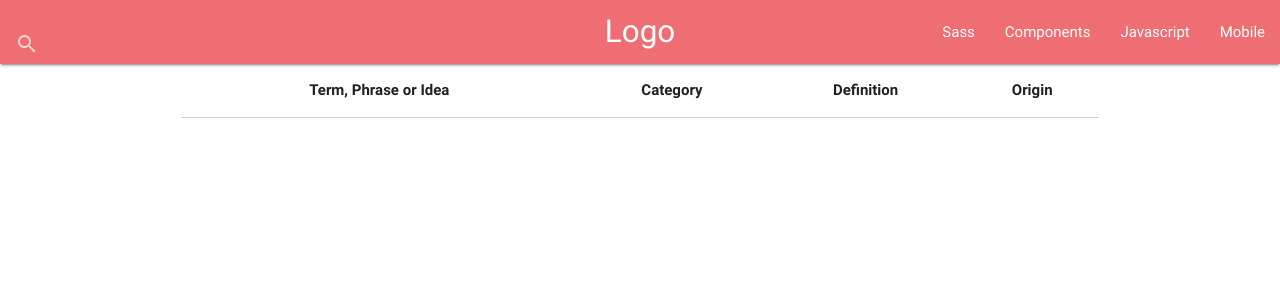
Repository: kalkiboru111/irish-dictionary-of-received-ideas
Page: http://localhost/get_categories
The author's editor kept a record of every edit. The page is drawn from the files as they stood at one moment, then again after the next edit.
The browser window is 1280 px wide. The pictures show the whole page.
Some web libraries are served in a nearby version. The page is served by the project's application, run on Flask 3 (app.py). Queries for data that is not in the repository find no rows.

Above is the page before.
Console error: TypeError: $(...).formSelect is not a function

### templates/categories.html

{% extends 'base.html' %}
{% block content %}

<div class="row">

    <table class="highlight centered responsive-table">
        <thead>
          <tr>
              <th>Term, Phrase or Idea</th>
              <th>Category</th>
              <th>Definition</th>
              <th>Origin</th>
          </tr>
        </thead>
        <tbody>
        {% for term in terms %}
          <tr>
            <td>{{term.term_name}}</td>
            <td>{{term.term_category}}</td>
            <td>{{term.term_definition}}</td>
            <td>{{term.term_origin}}</td>
            <td><a href="{{url_for('delete_term', term_id=term._id)}}" class="waves-effect waves-light btn btn_small">Passe</a></td>
            <td><a href="{{url_for('edit_term', term_id=term._id)}}" class="waves-effect waves-light btn btn-small">Refine</a></td>
          </tr>
         {% endfor %}
        </tbody>
    </table>
</div>
{% endblock %}

### templates/base.html
<!DOCTYPE html>
<html>

<head>
    <link href="https://fonts.googleapis.com/icon?family=Material+Icons" rel="stylesheet">
    <link rel="stylesheet" href="https://cdnjs.cloudflare.com/ajax/libs/materialize/0.100.2/css/materialize.min.css">
    <link rel="stylesheet" href="{{url_for('static', filename='css/style.css')}}" type="text/css" />
    <script src="https://kit.fontawesome.com/845efe5847.js"></script>
</head>

<body>
    <header>
        <nav>
            <div class="nav-wrapper">
                <ul>
                    <li><a href="{{url_for('get_terms')}}" class="brand-logo center">Logo</a></li>
                </ul>
                <form>
                    <div class="input-field">
                        <input id="search" type="search" required>
                        <label for="search"><i class="material-icons">search</i></label>
                        <i class="material-icons icon-close">close</i>
                    </div>
                </form>
                <ul id="main-menu" class="right">
                    <li><a href="sass.html">Sass</a></li>
                    <li><a href="badges.html">Components</a></li>
                    <li><a href="collapsible.html">Javascript</a></li>
                    <li><a href="mobile.html">Mobile</a></li>
                </ul>
            </div>
        </nav>

    </header>
    <div class="container">
        {% block content %} {% endblock %}
    </div>
    <script src="https://cdnjs.cloudflare.com/ajax/libs/jquery/3.2.1/jquery.min.js"></script>
    <script src="https://cdnjs.cloudflare.com/ajax/libs/materialize/0.100.2/js/materialize.min.js"></script>
    <script type="text/javascript">
        $(document).ready(function() {
            $('select').formSelect();
            $('.sidenav').sidenav();

        });
    </script>

</body>

</html>

### app.py
import os
from flask import Flask, render_template, redirect, request, url_for
from flask_pymongo import PyMongo
from bson.objectid import ObjectId

app = Flask(__name__)

app.config['MONGO_DBNAME'] = 'irish_dictionary'
app.config["MONGO_URI"] = os.getenv("MONGO_URI")

mongo = PyMongo(app)

@app.route('/')

# View directs user to terms page
@app.route('/get_terms')
def get_terms():
    return render_template("terms.html",
    terms=mongo.db.terms.find())

@app.route('/add_term')
def add_term():
    return render_template("add_term.html",
    categories=mongo.db.categories.find())

@app.route('/insert_term', methods=['POST'])
def insert_term():
    terms = mongo.db.terms
    terms.insert_one(request.form.to_dict())
    return redirect(url_for('get_terms'))

@app.route('/edit_term/<term_id>')
def edit_term(term_id):
    the_term =  mongo.db.terms.find_one({"_id": ObjectId(term_id)})
#    all_categories =  mongo.db.categories.find()
    all_categories = []

    print(mongo.db)
    return render_template('edit_term.html', term=the_term,
                           categories=all_categories)


@app.route('/update_term/<term_id>', methods=['POST'])
def update_term(term_id):
    terms = mongo.db.terms
    terms.update( {"_id": ObjectId(term_id)},
    {   'term_name':request.form.get('term_name'),
        'category_name':request.form.get('category_name'),
        'term_definition': request.form.get('term_definition'),
        'term_origin':request.form.get('term_origin')
    })
    return redirect(url_for('get_terms'))

@app.route('/delete_term/<term_id>')
def delete_term(term_id):
    mongo.db.terms.remove({"_id": ObjectId(term_id)})
    return redirect(url_for('get_terms'))

@app.route('/get_categories')
def get_categories():
    return render_template("categories.html",
    categories=mongo.db.categories.find())

if __name__ == '__main__':
    app.run(host=os.environ.get('IP'),
            port=int(os.environ.get('PORT')),
            debug=True)

### static/css/style.css
/* body {
    background-color: red;
} */



#main-menu {position:absolute; right:0; top : 0;}

.brand-logo {position:absolute; z-index: 9;}

After the next edit:
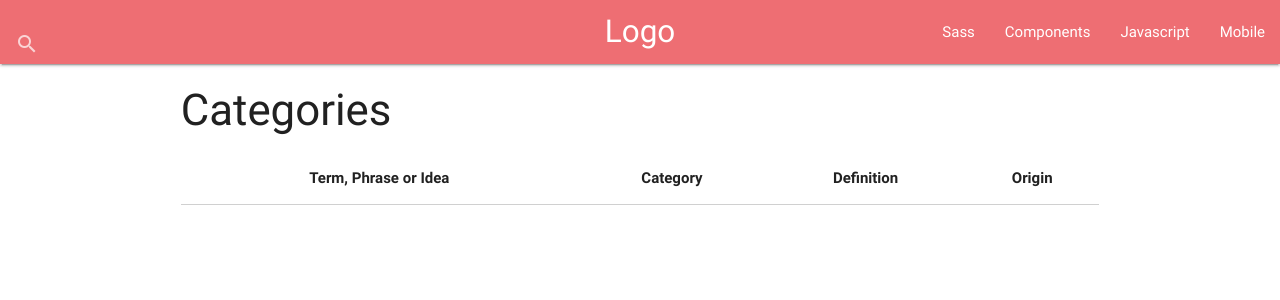
The edit:
--- a/templates/categories.html
+++ b/templates/categories.html
@@ -3,7 +3,7 @@
 {% block content %}
 
 <div class="row">
-
+<h3>Categories</h3>
     <table class="highlight centered responsive-table">
         <thead>
           <tr>
